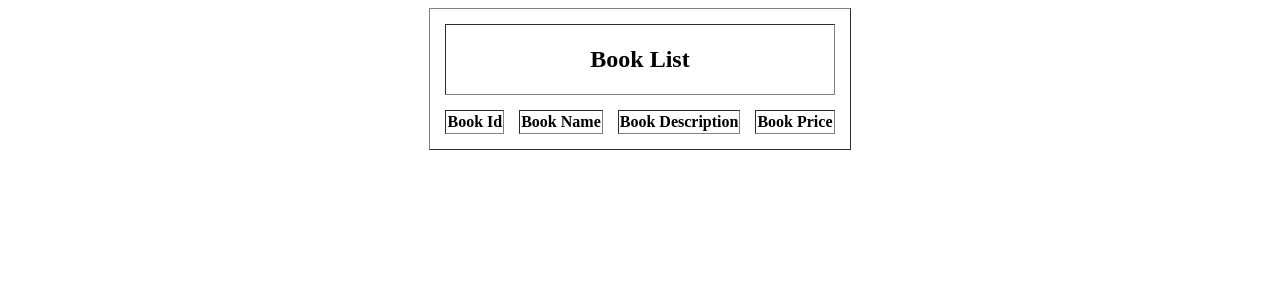
Repository: Rccalfa123/OnlineShopingCart
Page: http://localhost/OnlineBookShopping_Servlet-JSP/home.jsp
The author's editor kept a copy of each file at every save. The page is drawn from the files as they stood at one save, then again after the next save.
The browser window is 1280 px wide. The pictures show the whole page.
The page is served by Tomcat 9. Other server files are loaded and not shown.

Above is the page before, as saved 2018-08-09 12:20:38.

### OnlineBookShopping_Servlet-JSP/WebContent/home.jsp
<%@ page language="java" contentType="text/html; charset=ISO-8859-1"
	pageEncoding="ISO-8859-1"%>
<%@taglib prefix="alfa" uri="http://java.sun.com/jsp/jstl/core"%>
<!DOCTYPE html>
<html>
<head>
<meta charset="ISO-8859-1">
<title>Online Book Shop</title>
</head>
<body>

	<form action=".app" method="get">

		<div>
			<table cellspacing="15" align = "center" border="dotted" >
				<tr>
					<th colspan="6" height="35"><h2>Book List</h2></th>
				</tr>
			  <tr>
					<th height="20">Book Id</th>
					<th height="20">Book Name</th>
					<th height="20">Book Description</th>
					<th height="20">Book Price</th>

				</tr>

			<alfa:forEach var="books"  items="${sessionScope.availableBooks}">
			<tr>
					<td align="center">${books.bookId}</td>
					<td align="center">${books.bookName}</td>
					<td align="center">${books.bookDescription}</td>
					<td align="center">${books.bookPrice}</td>
					<td align="center"  colspan="2"><a href="addnew.app?bookId=${books.bookId}">Add to Cart</a></td>
			</tr>
			</alfa:forEach>
					</table>
		</div>

	</form>


</body>
</html>

After the next save:
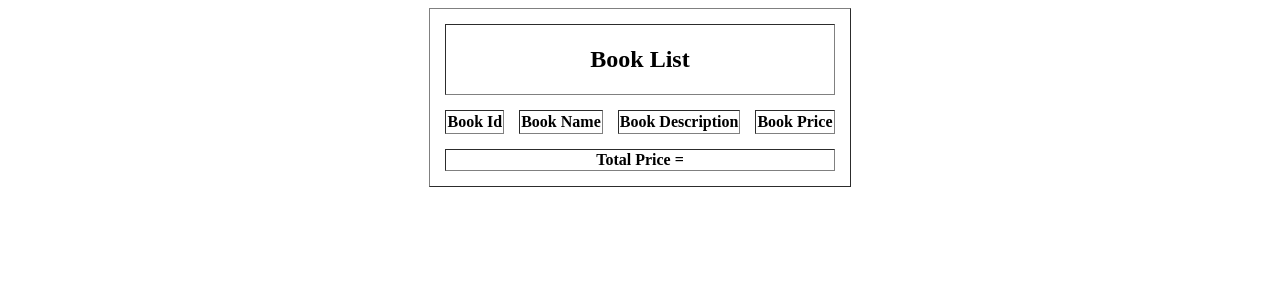
Saved 5 min 38 s later.
--- a/OnlineBookShopping_Servlet-JSP/WebContent/home.jsp
+++ b/OnlineBookShopping_Servlet-JSP/WebContent/home.jsp
@@ -33,6 +33,7 @@
 					<td align="center"  colspan="2"><a href="addnew.app?bookId=${books.bookId}">Add to Cart</a></td>
 			</tr>
 			</alfa:forEach>
+			 <tr > <th colspan="6"> Total Price = ${sessionScope.price} </th></tr>
 					</table>
 		</div>
 
